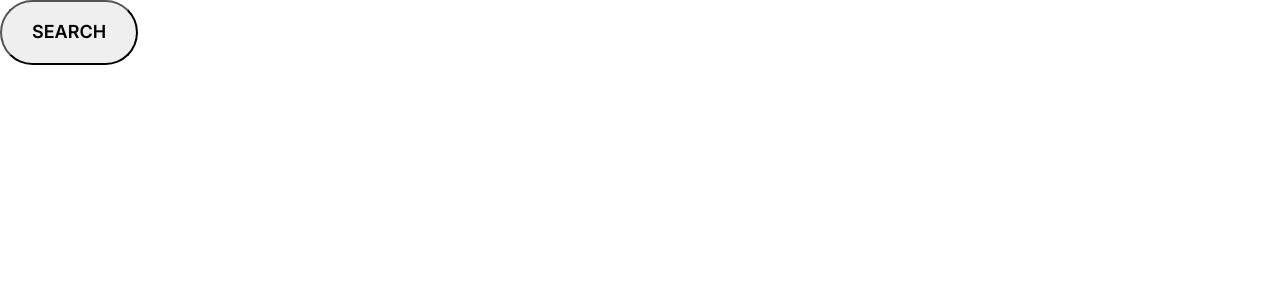
Repository: Qiwenweiii/CodeWithMosh
Page: index.html
An editor plug-in stored every save of this project. The page is shown before and after the next save, followed by the edit.
The browser window is 1280 px wide. The pictures show the whole page.

Above is the page before, as saved 2021-11-11 20:37:59.

### index.html
<!DOCTYPE html>
<html>

<head>
    <title>CodeWithMosh</title>
    <meta charset="UTF-8" />

    <link rel="preconnect" href="https://fonts.googleapis.com" />
    <link rel="preconnect" href="https://fonts.gstatic.com" crossorigin />
    <link href="https://fonts.googleapis.com/css2?family=Inter:wght@400;600;700&display=swap" rel="stylesheet" />

    <link rel="stylesheet" href="./styles/normalize.css" />
    <link rel="stylesheet" href="./styles/styles.css" />
</head>

<body>
    <!-- <div class="input-group"> -->
    <!-- <input type="text" class="input" placeholder="Enter domain name here" /> -->
    <button class="btn btn--primary">Search</button>
    <!-- </div> -->
</body>

</html>

### styles/styles.css
:root {
    /* 定义配色变量 */
    /* 主体配色 */
    --color-primary: #2584ff;
    --color-secondary: #00d9ff;
    --color-accent: #ff3400;
    /* 文本配色 */
    --color-headings: #1b0760;
    --color-body: #918ca4;
    --color-border: #ccc;
    --border-radius: 30px;
}


/* 字体配置 */


/* 设置默认字体大小 */

html {
    /* 默认字体大小是16px，62.5%是10px */
    font-size: 62.5%;
}


/* 设置字体，字体大小和文本颜色 */

body {
    font-family: Inter, Arial, Helvetica, sans-serif;
    color: var(--color-body);
    font-size: 2.4rem;
    line-height: 1.5;
}

h1,
h2,
h3 {
    color: var(--color-headings);
    margin-bottom: 1rem;
}

h1 {
    font-size: 7rem;
}

h2 {
    font-size: 4rem;
}

h3 {
    font-size: 3rem;
}

p {
    margin-top: 0;
}


/* PC端页面字体大小 */

@media screen and (min-width: 1024px) {
    body {
        font-size: 1.8rem;
    }
    h1 {
        font-size: 8rem;
    }
    h3 {
        font-size: 2.4rem;
    }
}


/* 链接配置,Links */

a {
    text-decoration: none;
}

.link-arrow {
    color: var(--color-accent);
    text-transform: uppercase;
    font-size: 2rem;
    font-weight: bold;
}

.link-arrow::after {
    content: "-->";
    margin-left: 5px;
    transition: margin 0.15s;
}

.link-arrow:hover::after {
    margin-left: 10px;
}

@media screen and (min-width: 1024px) {
    .link-arrow {
        font-size: 1.5rem;
    }
}


/* 标签的样式 */


/* 结构 */

.badge {
    border-radius: 20px;
    padding: 0.5rem 2rem;
    font-weight: 600;
    font-size: 2rem;
    white-space: nowrap;
}


/* 外观，常规标签 */

.badge--primary {
    background: var(--color-primary);
    color: #fff;
}

.badge--secondary {
    background: var(--color-secondary);
    color: #fff;
}


/* 小标签 */

.badge--small {
    font-size: 1.6rem;
}

@media screen and (min-width: 1024px) {
    .badge {
        font-size: 1.5rem;
    }
    .badge--small {
        font-size: 1.2rem;
    }
}


/* 列表 */

.list {
    list-style: none;
    padding-left: 0;
    color: var(--color-headings);
}

.list--inline .list__item {
    display: inline-block;
    margin-right: 2rem;
}

.list--tick {
    padding-left: 3rem;
    list-style-image: url(../images/tick.svg);
}

.list--tick .list__item {
    padding-left: 0.5rem;
    margin-bottom: 1rem;
}

@media screen and (min-width: 1024px) {
    .list--tick .list__item {
        padding-left: 0;
    }
}


/* Icon，图标 */

.icon-container {
    display: flex;
    justify-content: center;
    align-items: center;
    background: #f3f9fa;
    width: 64px;
    height: 64px;
    border-radius: 100%;
}

.icon {
    width: 40px;
    height: 40px;
}

.icon--primary {
    fill: var(--color-primary);
}


/* 按钮组件 */

.btn {
    font-size: 1.8rem;
    font-weight: 600;
    text-transform: uppercase;
    padding: 2rem 3rem;
    border-radius: 40px;
}

.btn-primary {
    background-color: var(--color-primary);
    color: #fff;
}

.btn-secondary {
    background-color: var(--color-secondary);
    color: #fff;
}


/* 输入框组件 */

.input {
    padding: 1.5rem 3.5rem;
    border: 1px solid var(--color-border);
    border-radius: var(--border-radius);
    outline: none;
    color: var(--color-headings);
    font-size: 2rem;
}

::placeholder {
    color: #cdcdb7;
}

.input-group {
    border: 1px solid var(--color-border);
    border-radius: var(--border-radius);
}

@media screen and (min-width: 1024px) {
    .input {
        font-size: 1.5rem;
    }
}

Loaded but not shown: styles/normalize.css (library)

After the next save:
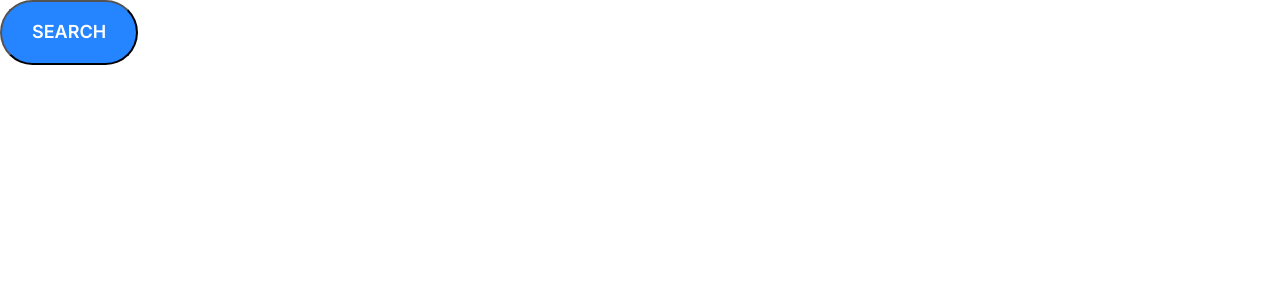
Saved 16 s later.
--- a/styles/styles.css
+++ b/styles/styles.css
@@ -206,12 +206,12 @@ a {
     border-radius: 40px;
 }
 
-.btn-primary {
+.btn--primary {
     background-color: var(--color-primary);
     color: #fff;
 }
 
-.btn-secondary {
+.btn--secondary {
     background-color: var(--color-secondary);
     color: #fff;
 }
